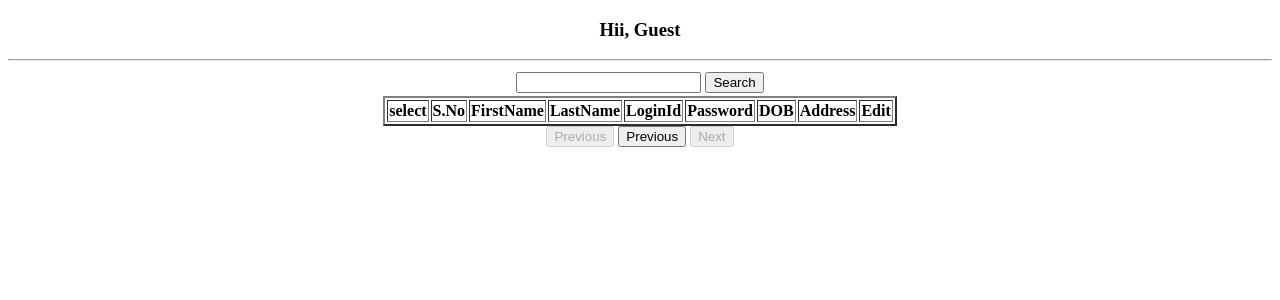
Repository: Jatdevta/AdvanceJava
Page: http://localhost/DynamicProject/UserListCtl
An editor plug-in stored every save of this project. The page is shown before and after the next save, followed by the edit.
The browser window is 1280 px wide. The pictures show the whole page.
The page is served by Tomcat 9. Other server files are loaded and not shown. Queries for data that is not in the repository find no rows.

Above is the page before, as saved 2023-08-23 07:50:39.

### Advancejava/DynamicProject/WebContent/UserListView.jsp
<%@page import="java.util.List"%>
<%@page import="java.util.Iterator"%>
<%@ page language="java" contentType="text/html; charset=ISO-8859-1"
	pageEncoding="ISO-8859-1"%>
<!DOCTYPE html>
<html>
<head>
<center>
	<meta charset="ISO-8859-1">
	<title>Insert title here</title>
</head>
<body>
	<form action="UserListCtl" method="post">

		<%@ include file="Header.jsp"%>
		<%
			List list = (List) request.getAttribute("list");
			int pageNo = (int) request.getAttribute("pageNo");
			int nextListSize = (int) request.getAttribute("nextListSize");
			int index = ((pageNo - 1) * 5) + 1;
			Iterator it = list.iterator();
		%>
		<table>
			<tr>
				<th><input type="text" name="firstName"></th>
				<td><input type="submit" name="operation" value="Search"></td>

			</tr>
		</table>


		<table border="2">


			<tr>

				<th>select</th>
				<th>S.No</th>
				<th>FirstName</th>
				<th>LastName</th>
				<th>LoginId</th>
				<th>Password</th>
				<th>DOB</th>
				<th>Address</th>
				<th>Edit</th>

			</tr>
			<%
				while (it.hasNext()) {
					bean = (UserBean) it.next();
			%>
			<tr>

				<td input type="checkbox" name="ids" value="<%=bean.getId()%>">
				</td>

				<td><%=index++%></td>
				<td><%=bean.getFirstName()%></td>
				<td><%=bean.getLastName()%></td>
				<td><%=bean.getLoginId()%></td>
				<td><%=bean.getPassword()%></td>
				<td><%=bean.getDob()%></td>
				<td><%=bean.getAddress()%></td>
				<td><a href="UserCtl?id=<%=bean.getId()%>">edit</a></td>
			</tr>
			<%
				}
			%>

			</center>
		</table>

		<tr>


			<td><input type="hidden" name="pageNo" value="<%=pageNo%>"></td>

			<td><input type="submit" name="operation" value="Previous"
				<%=(pageNo != 1) ? "" : "disabled"%>></td>
					<td><input type="submit" name="operation" value="Previous"></td>
			<td><input type="submit" name="operation" value="Next"
				<%=(nextListSize != 0) ? "" : "disabled"%>></td>


		</tr>

	</form>
</body>
</html>

### Advancejava/DynamicProject/WebContent/Header.jsp
<%@page import="in.co.rays.model.UserModel"%>
<%@page import="in.co.rays.bean.UserBean"%>
<%@ page language="java" contentType="text/html; charset=ISO-8859-1"
	pageEncoding="ISO-8859-1"%>
<!DOCTYPE html>
<html>
<head>
<meta charset="ISO-8859-1">
<title>Insert title here</title>
</head>
<body>
	<%
		UserBean bean = (UserBean) session.getAttribute("user");

	%>

	<%
	if(bean !=null) {

	%>
	<h3>
		Hi....!!!,
		<%=bean.getFirstName()  %>   </h3>
	<a href="UserListCtl">UserList</a>
	<a a href= "MarksheetListCtl">MarkList</a>
<a href="LoginCtl?operation=Logout">Logout</a>
	<a href="LoginCtl?operation=Logout">Logout </a>

	<%} else { %>

	<h3>Hii, Guest</h3>
	<%} %>
	<hr>

</body>
</html>

### Advancejava/DynamicProject/src/in/co/rays/ctl/UserListCtl.java
package in.co.rays.ctl;

import java.io.IOException;
import java.util.List;

import javax.servlet.RequestDispatcher;
import javax.servlet.ServletException;
import javax.servlet.annotation.WebServlet;
import javax.servlet.http.HttpServlet;
import javax.servlet.http.HttpServletRequest;
import javax.servlet.http.HttpServletResponse;

import in.co.rays.bean.UserBean;
import in.co.rays.model.UserModel;
@WebServlet("/UserListCtl")
public class UserListCtl extends HttpServlet{

	@Override
	protected void doGet(HttpServletRequest req, HttpServletResponse resp) throws ServletException, IOException {

		UserModel model = new UserModel();
		int pageNo =1;
		int pageSize =5;

		try {

          List list= model.search(null, pageNo, pageSize);

          List nextList = model.search(null, pageNo +1, pageSize);

			req.setAttribute("list", list);
			req.setAttribute("pageNo", pageNo);
			req.setAttribute("nextListSize", nextList.size());
			RequestDispatcher rd = req.getRequestDispatcher("UserListView.jsp");
			rd.forward(req, resp);

		} catch (Exception e) {
          e.printStackTrace();
		}

	}
	@Override
	protected void doPost(HttpServletRequest req, HttpServletResponse resp) throws ServletException, IOException {




		String op = req.getParameter("operation");

		int pageNo = Integer.parseInt(req.getParameter("pageNo"));

		int pageSize = 5;

		UserBean bean = new UserBean();

		UserModel model = new UserModel();


		if (op.equals("Search")) {


	     	String firstName = req.getParameter("firstName");

	     	bean.setFirstName(firstName);

		}

		if (op.equals("Next")) {
			pageNo++;

		}
		if (op.equals("Previous")) {
           pageNo--;
		}


		try {
		List list =	model.search(bean, pageNo, pageSize);

		 List nextList = model.search(bean, pageNo, pageSize);

		req.setAttribute("list", list);

		req.setAttribute("pageNo", pageNo);

		req.setAttribute("nextListSize", nextList.size());

			RequestDispatcher rd = req.getRequestDispatcher("UserListView.jsp");

			rd.forward(req, resp);

		} catch (Exception e) {

			e.printStackTrace();
		}


	}

	}

### Advancejava/DynamicProject/src/in/co/rays/model/UserModel.java
package in.co.rays.model;

import java.sql.Connection;
import java.sql.DriverManager;
import java.sql.PreparedStatement;
import java.sql.ResultSet;
import java.util.ArrayList;
import java.util.List;

import in.co.rays.bean.UserBean;
import in.co.rays.util.JDBCDataSource;

public class UserModel {

	public Integer nextPk() throws Exception {
		int Pk = 0;

		Class.forName("com.mysql.cj.jdbc.Driver");
		Connection cn = DriverManager.getConnection("jdbc:mysql://localhost:3306/advance_java", "root", "root");

	//	Connection cn = JDBCDataSource.getConnection();


		PreparedStatement ps = cn.prepareStatement("select max(id) from user");

		ResultSet rs = ps.executeQuery();

		while (rs.next()) {

			Pk = rs.getInt(1);
		}

		return Pk + 1;

	}

	public void add(UserBean bean) throws Exception {

		Class.forName("com.mysql.cj.jdbc.Driver");

		Connection cn = DriverManager.getConnection("jdbc:mysql://localhost:3306/advance_java", "root", "root");
		PreparedStatement ps = cn.prepareStatement("insert into user values(?,?,?,?,?,?,?)");
		ps.setInt(1, nextPk());
		// ps.setInt(1,bean.getId());
		ps.setString(2, bean.getFirstName());
		ps.setString(3, bean.getLastName());
		ps.setString(4, bean.getLoginId());
		ps.setString(5, bean.getPassword());
     	ps.setDate(6, new java.sql.Date(bean.getDob().getTime()));
    	ps.setString(7, bean.getAddress());


		int i = ps.executeUpdate();

		System.out.println("Data inserted " + i);
	}

	public void update(UserBean bean) throws Exception {
		Class.forName("com.mysql.cj.jdbc.Driver");

		Connection cn = DriverManager.getConnection("jdbc:mysql://localhost:3306/advance_java", "root", "root");
		PreparedStatement ps = cn.prepareStatement("update user set FirstName =?,LastName = ?,LoginId = ?,Password = ?,DOB = ?,Address = ? where id = ?");

		ps.setString(1, bean.getFirstName());
		ps.setString(2, bean.getLastName());
		ps.setString(3, bean.getLoginId());
		ps.setString(4, bean.getPassword());
	   ps.setDate(5, new java.sql.Date(bean.getDob().getTime()));
		ps.setString(6, bean.getAddress());
		ps.setInt(7, bean.getId());

		int i = ps.executeUpdate();

		System.out.println("Data updated " + i);

	}

	public UserBean findByPk(int id) throws Exception {

		Class.forName("com.mysql.cj.jdbc.Driver");
		Connection con = DriverManager.getConnection("jdbc:mysql://localhost:3306/advance_java", "root", "root");
		PreparedStatement ps = con.prepareStatement("select * from user where id =?");

		ps.setInt(1, id);

		ResultSet rs = ps.executeQuery();

		UserBean bean = null;

		while (rs.next()) {
			bean = new UserBean();

			bean.setId(rs.getInt(1));
			bean.setFirstName(rs.getString(2));
			bean.setLastName(rs.getString(3));
			bean.setLoginId(rs.getString(4));
			bean.setPassword(rs.getString(5));
			bean.setDob(rs.getDate(6));
			bean.setAddress(rs.getString(7));


		}
		return bean;

	}




	public List search(UserBean bean, int pageNo, int pageSize) throws Exception {

		Class.forName("com.mysql.cj.jdbc.Driver");

		Connection conn = DriverManager.getConnection("jdbc:mysql://localhost:3306/advance_java", "root", "root");

		StringBuffer sql = new StringBuffer("select * from user where 1=1");

		if (bean != null) {

			if (bean.getFirstName() != null && bean.getFirstName().length() > 0) {

				sql.append(" and FirstName like '" + bean.getFirstName() + "%'");

			}
			if (bean.getId() != 0 && bean.getId() > 0) {

				sql.append(" and id = " + bean.getId());

			}
			if (bean.getLoginId() != null && bean.getLoginId().length() > 0) {

				sql.append(" and LoginId like '" + bean.getLoginId() + "%'");
			}

			if (bean.getDob() != null && bean.getDob().getTime() > 0) {

				sql.append(" and DOB like '" + new java.sql.Date(bean.getDob().getTime()) + "%'");

			}
			if (bean.getAddress() != null && bean.getAddress().length()>0) {
				sql.append(" and Address like '" + bean.getAddress() + "%'");
			}

		}
			if (pageSize > 0) {

				pageNo = (pageNo - 1) * pageSize;

				sql.append(" limit " + pageNo + " , " + pageSize);


		}

		System.out.println(sql.toString());

		PreparedStatement ps = conn.prepareStatement(sql.toString());

		ResultSet rs = ps.executeQuery();

		List list = new ArrayList();

		while (rs.next()) {

			bean = new UserBean();
			bean.setId(rs.getInt(1));
			bean.setFirstName(rs.getString(2));
			bean.setLastName(rs.getString(3));
			bean.setLoginId(rs.getString(4));
			bean.setPassword(rs.getString(5));
			bean.setDob(rs.getDate(6));
			bean.setAddress(rs.getString(7));

			list.add(bean);

		}

		return list;

	}

	public UserBean findByloginId(String loginId) throws Exception {

		Class.forName("com.mysql.cj.jdbc.Driver");
		Connection con = DriverManager.getConnection("jdbc:mysql://localhost:3306/advance_java", "root", "root");
		PreparedStatement ps = con.prepareStatement("select * from user where loginId =?");

		ps.setString(1, loginId);


		ResultSet rs = ps.executeQuery();

		UserBean bean = null;

		while (rs.next()) {
			bean = new UserBean();

			bean.setId(rs.getInt(1));
			bean.setFirstName(rs.getString(2));
			bean.setLastName(rs.getString(3));
			bean.setLoginId(rs.getString(4));
			bean.setPassword(rs.getString(5));
			bean.setDob(rs.getDate(6));
			bean.setAddress(rs.getString(7));


		}
		return bean;

	}

	public UserBean authenticate(String loginId,String password) throws Exception {

		Class.forName("com.mysql.cj.jdbc.Driver");
		Connection con = DriverManager.getConnection("jdbc:mysql://localhost:3306/advance_java", "root", "root");
		PreparedStatement ps = con.prepareStatement("select * from user where LoginId =? and Password =?");

		ps.setString(1, loginId);
		ps.setString(2, password);

		ResultSet rs = ps.executeQuery();

		UserBean bean = null;

		while (rs.next()) {
			bean = new UserBean();

			bean.setId(rs.getInt(1));
			bean.setFirstName(rs.getString(2));
			bean.setLastName(rs.getString(3));
			bean.setLoginId(rs.getString(4));
			bean.setPassword(rs.getString(5));
			bean.setDob(rs.getDate(6));
			bean.setAddress(rs.getString(7));


		}
		return bean;

	}
public void delete(int id) throws Exception {

		Connection con = JDBCDataSource.getConnection();

		PreparedStatement ps = con.prepareStatement("Delete from user where id =?");

		ps.setInt(1, id);

		int i  = ps.executeUpdate();
		 System.out.println("Data Deleted = "+i);

}
}

After the next save:
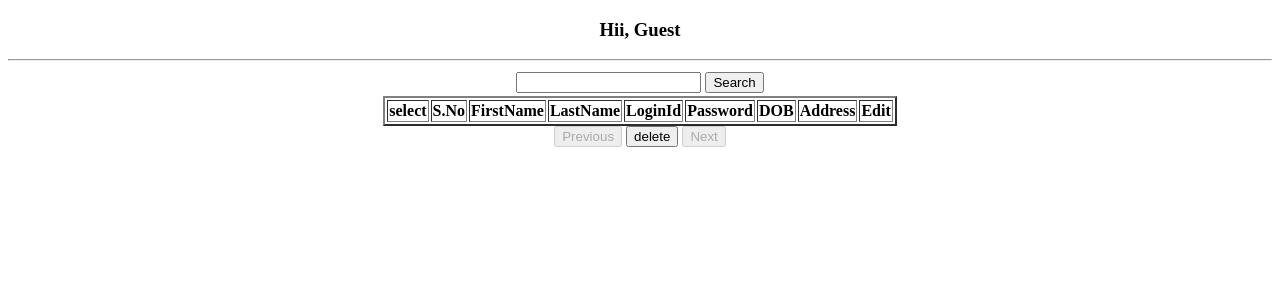
Saved 19 s later.
--- a/Advancejava/DynamicProject/WebContent/UserListView.jsp
+++ b/Advancejava/DynamicProject/WebContent/UserListView.jsp
@@ -77,7 +77,7 @@
 
 			<td><input type="submit" name="operation" value="Previous"
 				<%=(pageNo != 1) ? "" : "disabled"%>></td>
-					<td><input type="submit" name="operation" value="Previous"></td>
+					<td><input type="submit" name="operation" value="delete"></td>
 			<td><input type="submit" name="operation" value="Next"
 				<%=(nextListSize != 0) ? "" : "disabled"%>></td>
 
